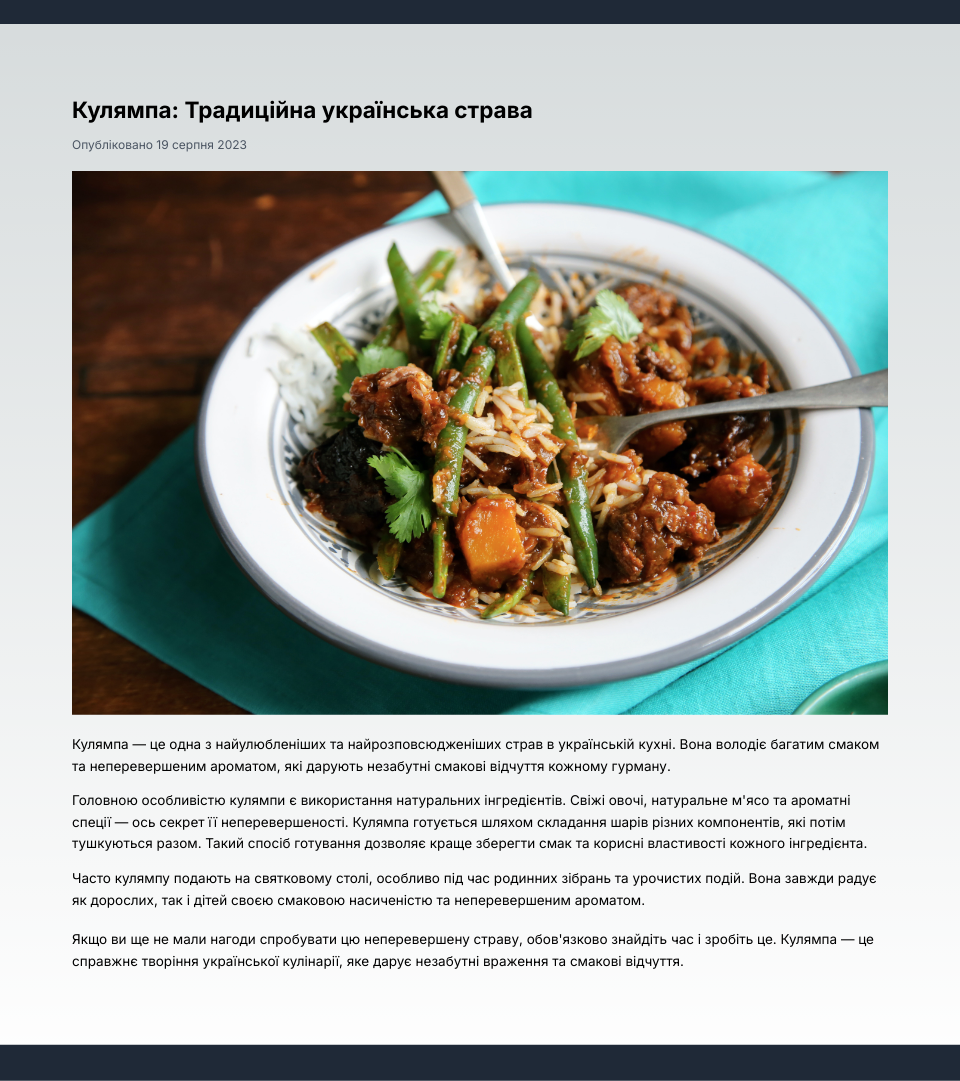
Repository: nika-otter/Kulyampa
Page: /
These files come from the project's save history. The page is drawn as it stood at one moment and after the next save; the edit follows.
The browser window is 1280 px wide. The pictures show the whole page, at 75% of full size.
The project was rebuilt for these pictures with package versions that can differ from the ones it lists, and the page was loaded fresh each time. The framework's server and built-in components were replaced by stand-ins that run in the browser. Also part of the build but not shown: next.config.js.

Above is the page before, as saved 2023-08-19 01:41:18.

### app/layout.tsx
import Header from '@/components/Header'
import Footer from '@/components/Footer'
import './globals.css'
import type { Metadata } from 'next'
import { Inter } from 'next/font/google'

const inter = Inter({ subsets: ['latin'] })

export const metadata: Metadata = {
  title: 'Create Next App',
  description: 'Generated by create next app',
}

export default function RootLayout({
  children,
}: {
  children: React.ReactNode
}) {
  return (
    <html lang="en">
      <body className={inter.className}>
        <Header />
        {children}
        <Footer/>
        </body>

    </html>
  )
}

### app/page.tsx
import Kulyampa from '@/components/Kulyampa'
import Image from 'next/image'

export default function Home() {
  return (
    <main className="flex min-h-screen flex-col items-center justify-between p-24">
      <Kulyampa />
    </main>
  )
}

### components/Header.tsx
import React from 'react'

const Header = () => {
  return (
    <header className="bg-gray-800 text-white py-4 px-4">
      {/* <div className="container mx-auto flex justify-between items-center">
        <h1 className="text-xl font-semibold">Кулямпа</h1>
        <nav>
          <ul className="flex space-x-4">
            <li>
              <a href="#" className="hover:text-gray-400">Home</a>
            </li>
            <li>
              <a href="#" className="hover:text-gray-400">About</a>
            </li>
            <li>
              <a href="#" className="hover:text-gray-400">Services</a>
            </li>
            <li>
              <a href="#" className="hover:text-gray-400">Contact</a>
            </li>
          </ul>
        </nav>
      </div> */}
    </header>
  )
}

export default Header

### components/Footer.tsx
import React from "react";

const Footer = () => {
  return (
    <footer className="bg-gray-800 text-white py-6">
      {/* <div className="container mx-auto">
        <div className="grid grid-cols-1 md:grid-cols-3 gap-6">
          <div className="col-span-1 md:col-span-2">
            <h2 className="text-xl font-semibold mb-4">About Us</h2>
            <p className="text-gray-400">
              Lorem ipsum dolor sit amet, consectetur adipiscing elit. Sed nec
              feugiat libero, eu congue orci.
            </p>
          </div>
          <div>
            <h2 className="text-xl font-semibold mb-4">Contact Us</h2>
            <p className="text-gray-400">1234 Elm Street, City, Country</p>
            <p className="text-gray-400">contact@example.com</p>
            <p className="text-gray-400">123-456-7890</p>
          </div>
        </div>
        <div className="mt-6 ">
          <p className="text-gray-400 ">
            &copy; {new Date().getFullYear()} My Website. All rights reserved.
          </p>
        </div>
      </div> */}
    </footer>
  );
};

export default Footer;

### components/Kulyampa.tsx
import Image from 'next/image'
import React from 'react'

const Kulyampa = () => {
  return (
    <article>
      <h1 className="text-3xl font-bold mb-4">Кулямпа: Традиційна українська страва</h1>
      <p className="text-gray-600 mb-6">Опубліковано 19 серпня 2023</p>
      <Image
        src="/ca-creative-yzFO7e_87fs-unsplash.jpg"
        alt="Кулямпа"
        className="w-full h-auto mb-6"
        width={192}
        height={128}
      />
      <p className="text-lg leading-relaxed mb-4">
        Кулямпа — це одна з найулюбленіших та найрозповсюдженіших страв
        в українській кухні. Вона володіє багатим смаком та неперевершеним
        ароматом, які дарують незабутні смакові відчуття кожному гурману.
      </p>
      <p className="text-lg leading-relaxed mb-4">
        Головною особливістю кулямпи є використання натуральних інгредієнтів.
        Свіжі овочі, натуральне м'ясо та ароматні спеції — ось секрет її
        неперевершеності. Кулямпа готується шляхом складання шарів різних
        компонентів, які потім тушкуються разом. Такий спосіб готування дозволяє
        краще зберегти смак та корисні властивості кожного інгредієнта.
      </p>
      <p className="text-lg leading-relaxed mb-6">
        Часто кулямпу подають на святковому столі, особливо під час родинних
        зібрань та урочистих подій. Вона завжди радує як дорослих, так і дітей
        своєю смаковою насиченістю та неперевершеним ароматом.
      </p>
      <p className="text-lg leading-relaxed">
        Якщо ви ще не мали нагоди спробувати цю неперевершену страву, обов'язково
        знайдіть час і зробіть це. Кулямпа — це справжнє творіння української кулінарії,
        яке дарує незабутні враження та смакові відчуття.
      </p>
    </article>
  )
}

export default Kulyampa

Loaded but not shown: app/globals.css (common file); tailwind.config.ts (common file)

After the next save:
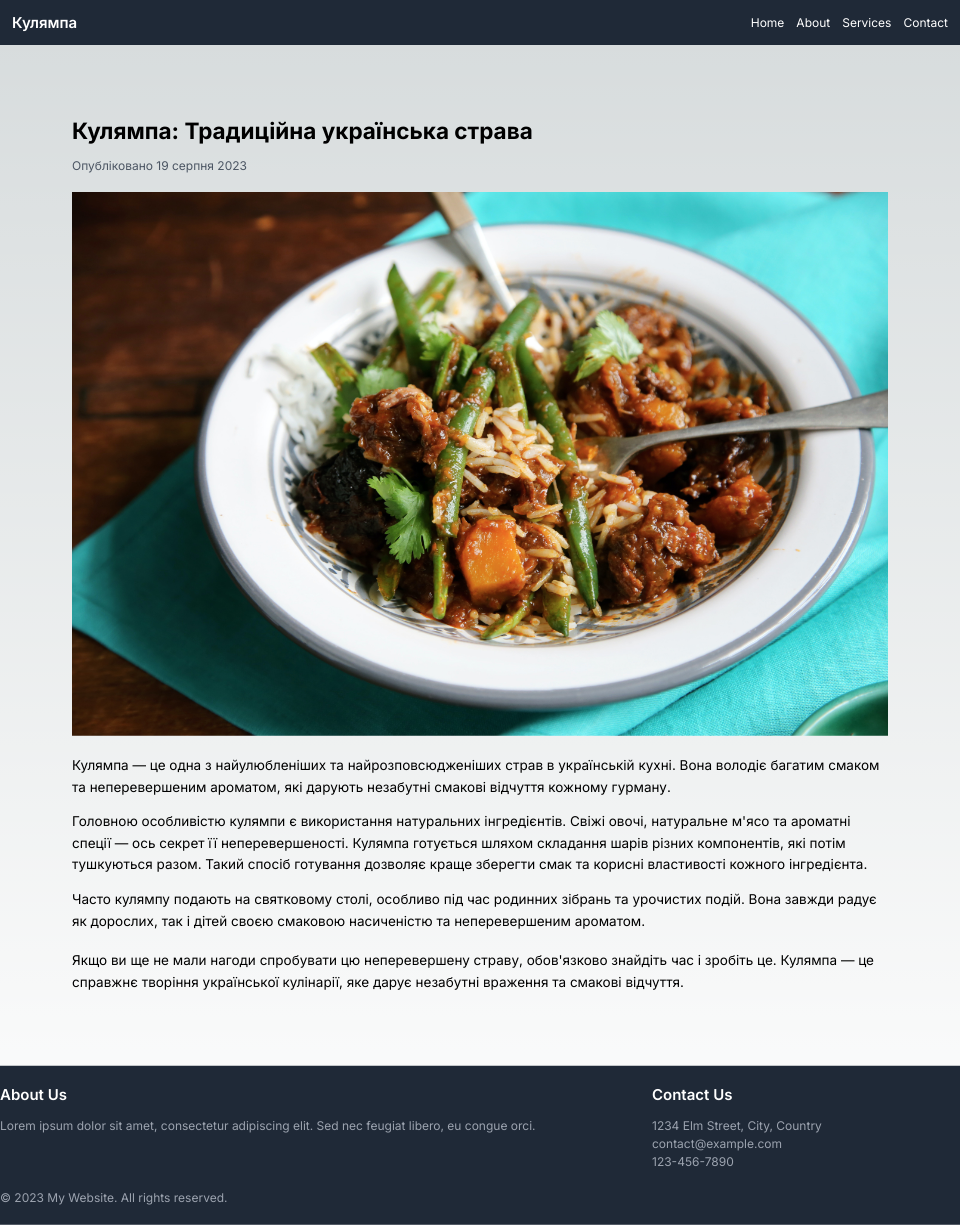
Saved 2 s later.
--- a/components/Header.tsx
+++ b/components/Header.tsx
@@ -3,7 +3,7 @@ import React from 'react'
 const Header = () => {
   return (
     <header className="bg-gray-800 text-white py-4 px-4">
-      {/* <div className="container mx-auto flex justify-between items-center">
+      <div className="container mx-auto flex justify-between items-center">
         <h1 className="text-xl font-semibold">Кулямпа</h1>
         <nav>
           <ul className="flex space-x-4">
@@ -21,7 +21,7 @@ const Header = () => {
             </li>
           </ul>
         </nav>
-      </div> */}
+      </div>
     </header>
   )
 }
--- a/components/Footer.tsx
+++ b/components/Footer.tsx
@@ -3,7 +3,7 @@ import React from "react";
 const Footer = () => {
   return (
     <footer className="bg-gray-800 text-white py-6">
-      {/* <div className="container mx-auto">
+      <div className="container mx-auto">
         <div className="grid grid-cols-1 md:grid-cols-3 gap-6">
           <div className="col-span-1 md:col-span-2">
             <h2 className="text-xl font-semibold mb-4">About Us</h2>
@@ -24,7 +24,7 @@ const Footer = () => {
             &copy; {new Date().getFullYear()} My Website. All rights reserved.
           </p>
         </div>
-      </div> */}
+      </div>
     </footer>
   );
 };
